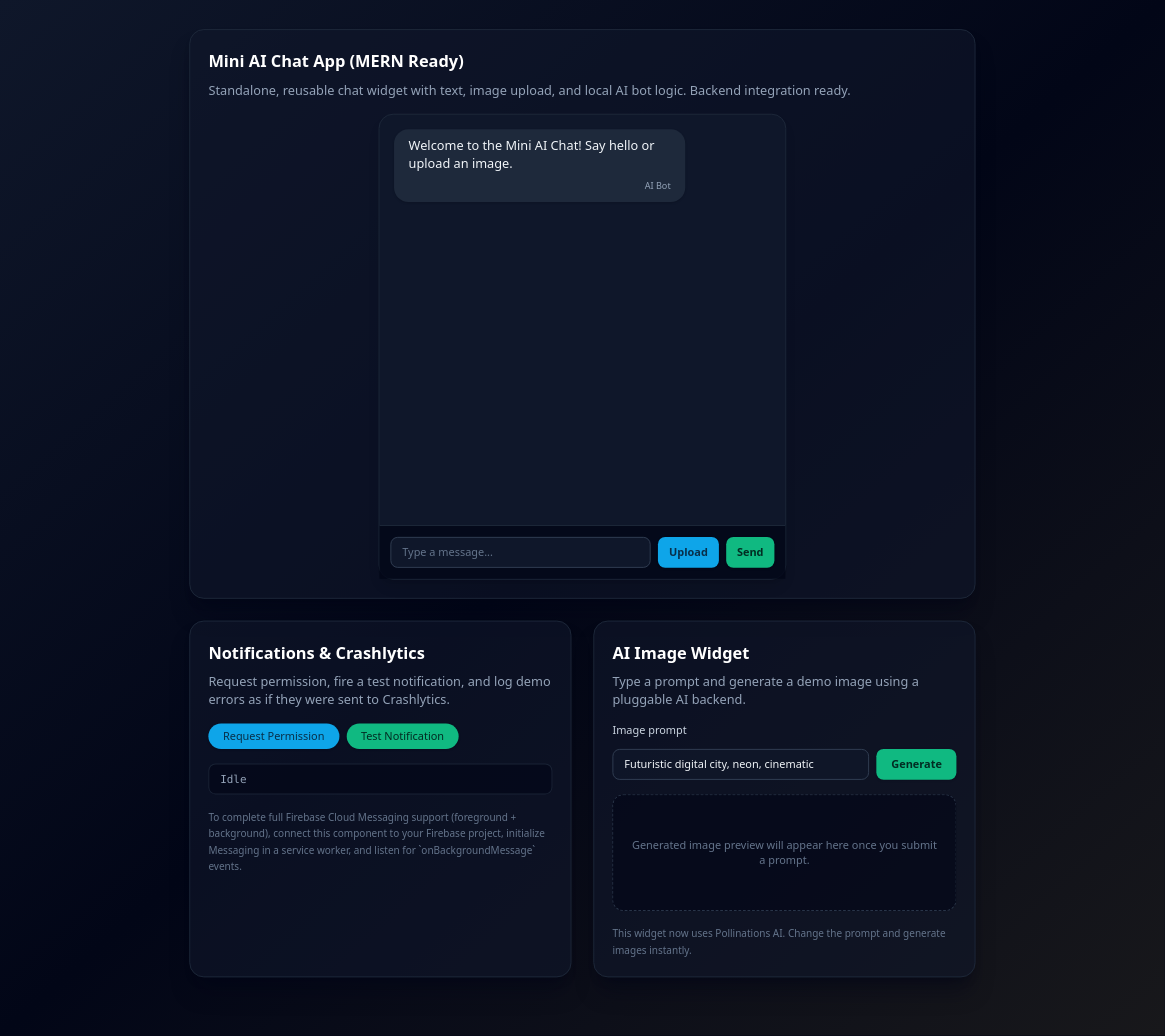
Repository: Akshad03/widget-dashboard
Page: /
The author's editor kept a copy of each file at every save. The page is drawn from the files as they stood at one save, then again after the next save.
The browser window is 1280 px wide. The pictures show the whole page, at 91% of full size.
The project was rebuilt for these pictures with package versions that can differ from the ones it lists, and the page was loaded fresh each time.

Above is the page before, as saved 2025-12-07 20:22:37.

After the next save:
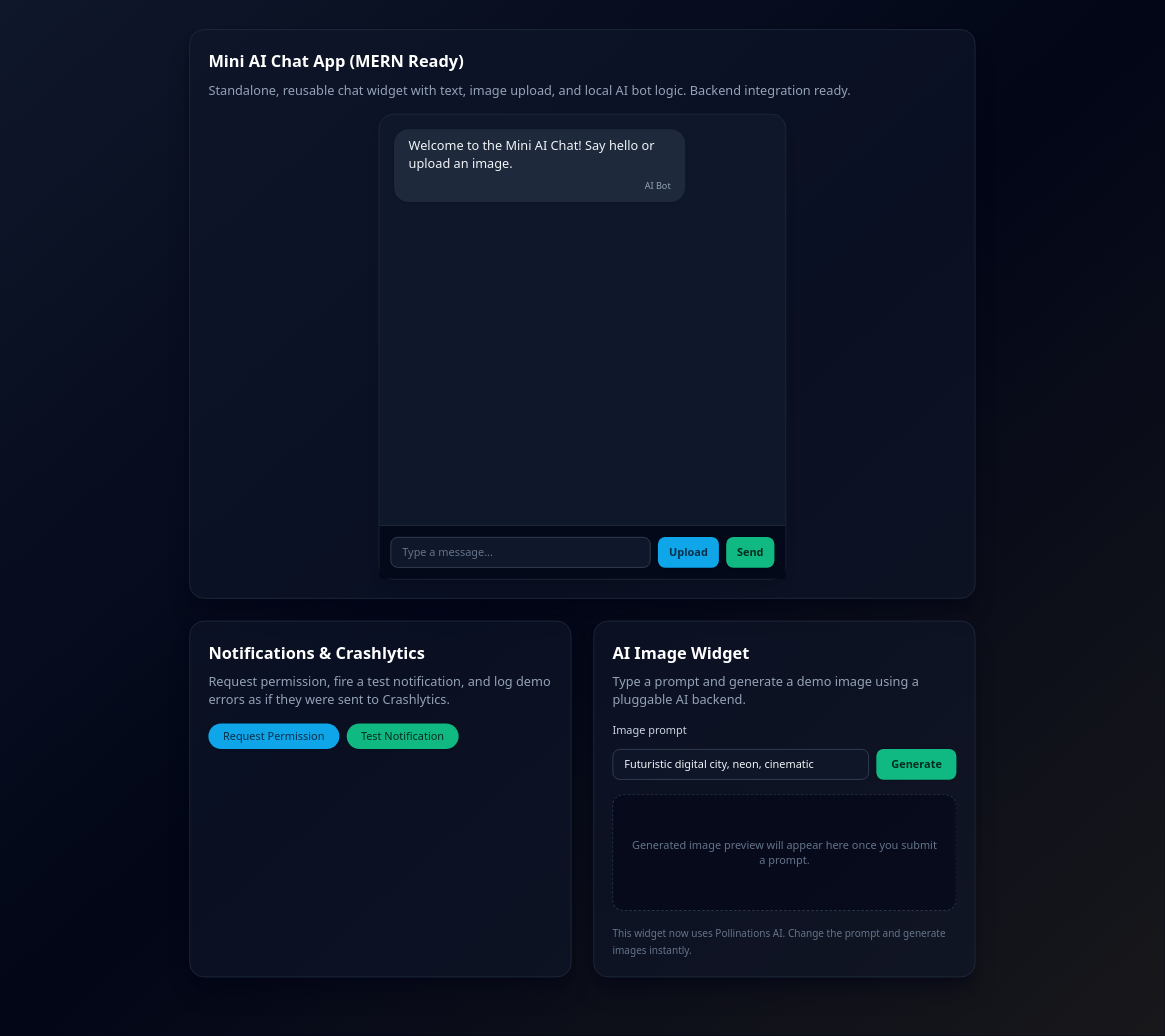
Saved 17 s later.
--- a/src/components/NotificationDemo.js
+++ b/src/components/NotificationDemo.js
@@ -1,9 +1,6 @@
 import React, { useCallback, useEffect, useState } from 'react';
+import toast from 'react-hot-toast';
 import { logCrashlyticsError } from '../firebaseConfig';
-
-// This demo focuses on the React + UI flow. To turn this into a
-// fully working FCM integration, wire it to the Firebase SDK and
-// your service worker once you have real credentials.
 
 function hasNotificationSupport() {
   return typeof window !== 'undefined' && 'Notification' in window;
@@ -17,56 +14,17 @@
   const [status, setStatus] = useState('Idle');
 
   const requestPermission = useCallback(async () => {
-    if (!hasNotificationSupport()) {
-      setStatus('Notifications are not supported in this browser.');
-      return;
-    }
-
     try {
-      setStatus('Requesting notification permission...');
       const result = await Notification.requestPermission();
       setPermission(result);
-      setStatus(`Permission status: ${result}`);
+      toast.info(`Permission: ${result}`);
     } catch (error) {
-      setStatus('Failed to request permission.');
-      logCrashlyticsError(error, 'requestPermission');
+      toast.error('Failed to request permission');
     }
   }, []);
 
   const sendTestNotification = useCallback(() => {
-    if (!hasNotificationSupport()) {
-      setStatus('Notifications are not supported in this browser.');
-      return;
-    }
-
-    if (permission !== 'granted') {
-      setStatus('Permission not granted yet. Please allow notifications first.');
-      return;
-    }
-
-    try {
-      setStatus('Sending test notification...');
-      // Foreground demo notification. Background delivery will be handled
-      // by a service worker once FCM is fully wired.
-      new Notification('DigitalBuzz Test Notification', {
-        body: 'This is a demo notification from the React component.',
-        icon: '/logo192.png',
-      });
-      setStatus('Test notification sent. Check your system notification area.');
-    } catch (error) {
-      setStatus('Failed to send notification.');
-      logCrashlyticsError(error, 'sendTestNotification');
-    }
-  }, [permission]);
-
-  useEffect(() => {
-    // Example crash capture for unexpected runtime errors.
-    const handleError = (event) => {
-      logCrashlyticsError(event.error || event.message, 'window.onerror');
-    };
-
-    window.addEventListener('error', handleError);
-    return () => window.removeEventListener('error', handleError);
+    toast.success("DigitalBuzz test notification!");
   }, []);
 
   return (
@@ -75,26 +33,19 @@
         <button
           type="button"
           onClick={requestPermission}
-          className="inline-flex items-center rounded-full bg-sky-500 px-4 py-1.5 text-xs font-medium text-sky-950 shadow hover:bg-sky-400 focus-visible:outline-none focus-visible:ring-2 focus-visible:ring-sky-400 focus-visible:ring-offset-2 focus-visible:ring-offset-slate-900 transition-colors"
+          className="inline-flex items-center rounded-full bg-sky-500 px-4 py-1.5 text-xs font-medium text-sky-950 shadow hover:bg-sky-400"
         >
           Request Permission
         </button>
+
         <button
           type="button"
           onClick={sendTestNotification}
-          className="inline-flex items-center rounded-full bg-emerald-500 px-4 py-1.5 text-xs font-medium text-emerald-950 shadow hover:bg-emerald-400 focus-visible:outline-none focus-visible:ring-2 focus-visible:ring-emerald-400 focus-visible:ring-offset-2 focus-visible:ring-offset-slate-900 transition-colors"
+          className="inline-flex items-center rounded-full bg-emerald-500 px-4 py-1.5 text-xs font-medium text-emerald-950 shadow hover:bg-emerald-400"
         >
           Test Notification
         </button>
       </div>
-      <p className="text-xs font-mono text-slate-400 border border-slate-800/80 rounded-lg px-3 py-2 bg-slate-950/60">
-        {status}
-      </p>
-      <p className="text-[11px] leading-relaxed text-slate-500">
-        To complete full Firebase Cloud Messaging support (foreground + background),
-        connect this component to your Firebase project, initialize Messaging in
-        a service worker, and listen for `onBackgroundMessage` events.
-      </p>
     </div>
   );
 };
